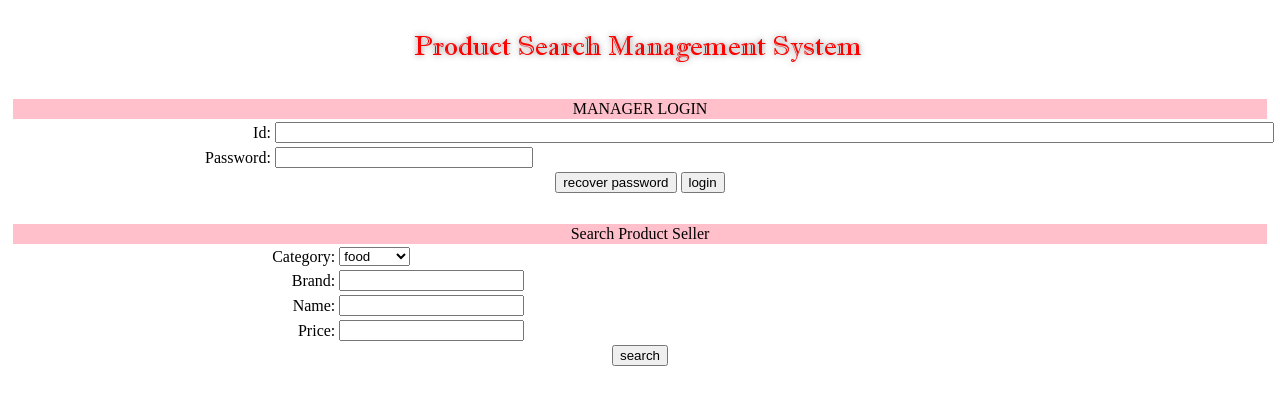
Repository: DishantVaghela/ProductSearchManagementSystem
Page: http://localhost/ProductSearchManagementSystem/
These files come from the project's save history. The page is drawn as it stood at one moment and after the next save; the edit follows.
The browser window is 1280 px wide. The pictures show the whole page.
The page is served by Tomcat 9. Other server files are loaded and not shown.

Above is the page before, as saved 2017-04-28 22:42:44.

### ProductSearchManagementSystem/WebContent/index.jsp
<%@ page language="java" contentType="text/html; charset=ISO-8859-1"
    pageEncoding="ISO-8859-1"%>
<!DOCTYPE html PUBLIC "-//W3C//DTD HTML 4.01 Transitional//EN" "http://www.w3.org/TR/html4/loose.dtd">
<html>
<head>
<meta http-equiv="Content-Type" content="text/html; charset=ISO-8859-1">
<title>Product Search Management System</title>
<link rel="stylesheet" type="text/css" href="productSearchManagementSystem.css">
</head>
<body>
	<table align="center">
		<tr>
			<td>
				<form action="ManagerLoginService" method="post">
					<table align="center" width="500">
						<tr>
							<td align="center" colspan="2"><img src="productSearchManagementSystemlLogo.png"></td>
						</tr>
						<tr>
							<td colspan="2"><br></td>
						</tr>
						<tr>
							<td colspan="2" align="center" bgcolor="pink">MANAGER LOGIN</td>
						</tr>
						<tr>
							<td align="right">Id:</td>
							<td><input type="text" name="textFieldId"></td>
						</tr>
						<tr>
							<td align="right">Password:</td>
							<td><input type="password" name="textFieldPassword" style="width: 250px; "></td>
						</tr>

						<tr>
							<td colspan="2" align="center">
								<input type="submit" value="recover password" name="buttonRecoverPassword">
								<input type="submit" value="login" name="buttonLogin">
							</td>
						</tr>
					</table>
				</form>
			</td>
		</tr>
		<tr>
			<td>
				<form action="searchProductSeller.jsp">
					<table align="center" width="500">
						<tr>
							<td colspan="2"><br></td>
						</tr>
						<tr>
							<td colspan="2" align="center" bgcolor="pink">Search Product Seller</td>
						</tr>
						<tr>
							<td align="right">Category:</td>
							<td>
								<select name="selectCategory">
									<option>food</option>
									<option>clothes</option>
									<option>furniture</option>
								</select>
							</td>
						</tr>
						<tr>
							<td align="right">Brand:</td>
							<td><input name="textFieldBrand"></td>
						</tr>
						<tr>
							<td align="right">Name:</td>
							<td><input name="textFieldName"></td>
						</tr>
						<tr>
							<td align="right">Price:</td>
							<td><input name="textFieldPrice"></td>
						</tr>
						<tr>
							<td colspan="2" align="center">
								<input type="submit" value="search"  name="buttonSearch">
							</td>
						</tr>
					</table>
				</form>
			</td>
		</tr>
	</table>
</body>
</html>

### ProductSearchManagementSystem/WebContent/productSearchManagementSystem.css
@CHARSET "ISO-8859-1";

input[type=text], input[type=password] {
	width: 100%;
}

table {
	width: 100%;
}

After the next save:
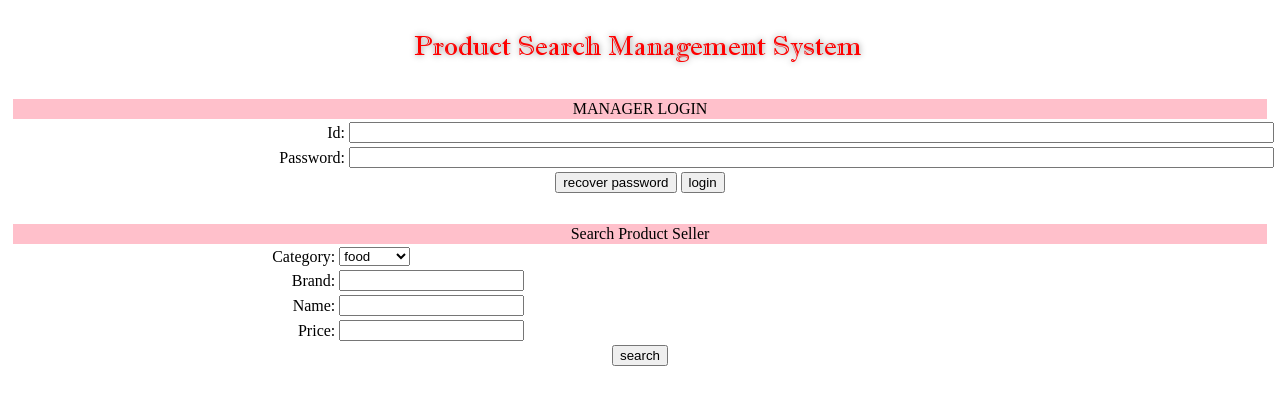
Saved 1 s later.
--- a/ProductSearchManagementSystem/WebContent/index.jsp
+++ b/ProductSearchManagementSystem/WebContent/index.jsp
@@ -28,7 +28,7 @@
 						</tr>
 						<tr>
 							<td align="right">Password:</td>
-							<td><input type="password" name="textFieldPassword" style="width: 250px; "></td>
+							<td><input type="password" name="textFieldPassword"></td>
 						</tr>
 
 						<tr>
